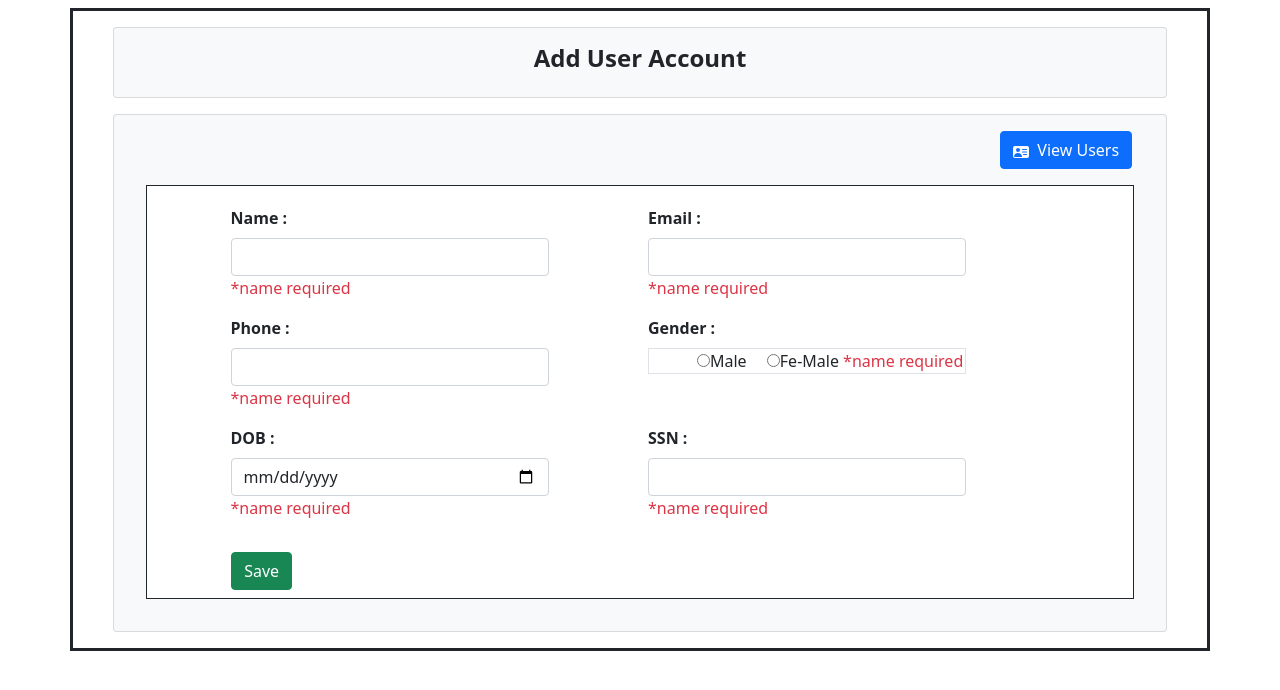
Repository: Umapathy-G/MiniProjects
Page: http://localhost/useraccount
The author's editor kept a copy of each file at every save. The page is drawn from the files as they stood at one save, then again after the next save.
The browser window is 1280 px wide. The pictures show the whole page.
The page is this project's Thymeleaf template; nobody is signed in. The template is opened directly, without the code that normally fills it, so the values that code supplies are empty.

Above is the page before, as saved 2023-09-09 04:32:35.

After the next save:
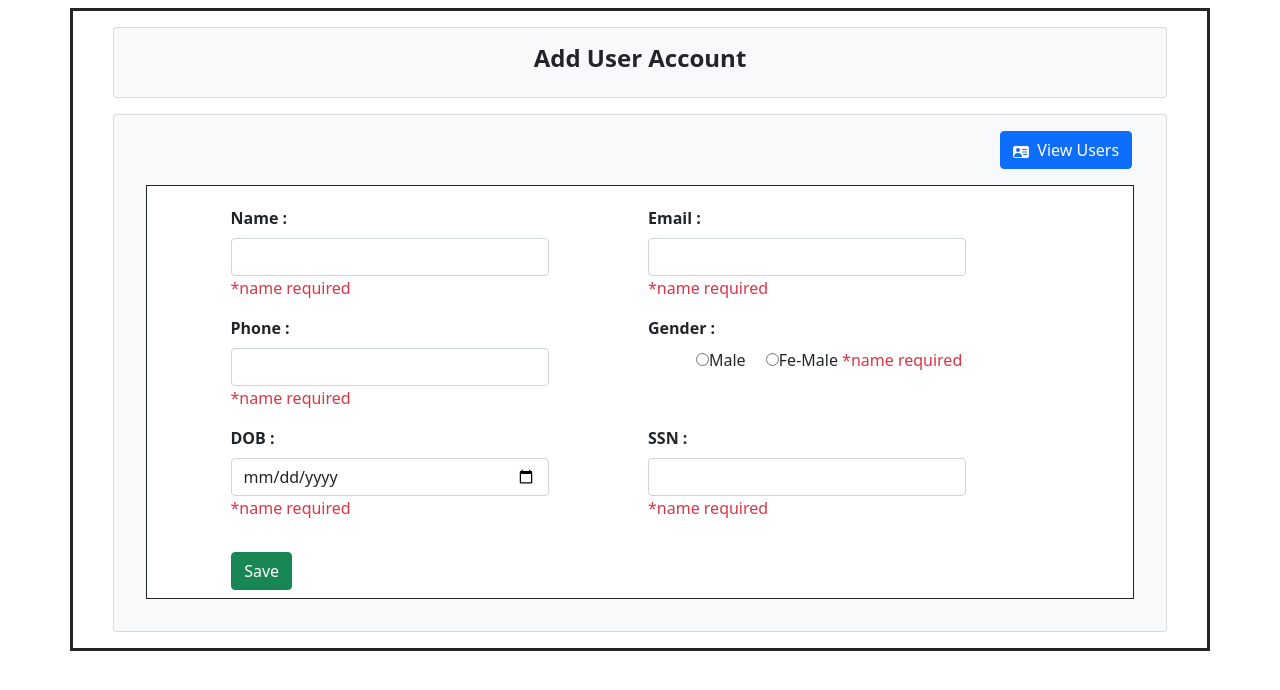
Saved 17 s later.
--- a/01-MiniProject-UserManagement/src/main/resources/templates/useraccount.html
+++ b/01-MiniProject-UserManagement/src/main/resources/templates/useraccount.html
@@ -48,7 +48,7 @@
 							</div>
 							<div class="col-4 offset-1">
 								<label class="form-label"><b>Gender :</b></label>
-								<div class="border">
+								<div>
 									<input type="radio" th:field="*{gender}" value="M" class="ms-5 border">Male
 									<input type="radio" th:field="*{gender}" value="F" class="ms-3 border">Fe-Male
 									<span class="text-danger">*name required</span>
